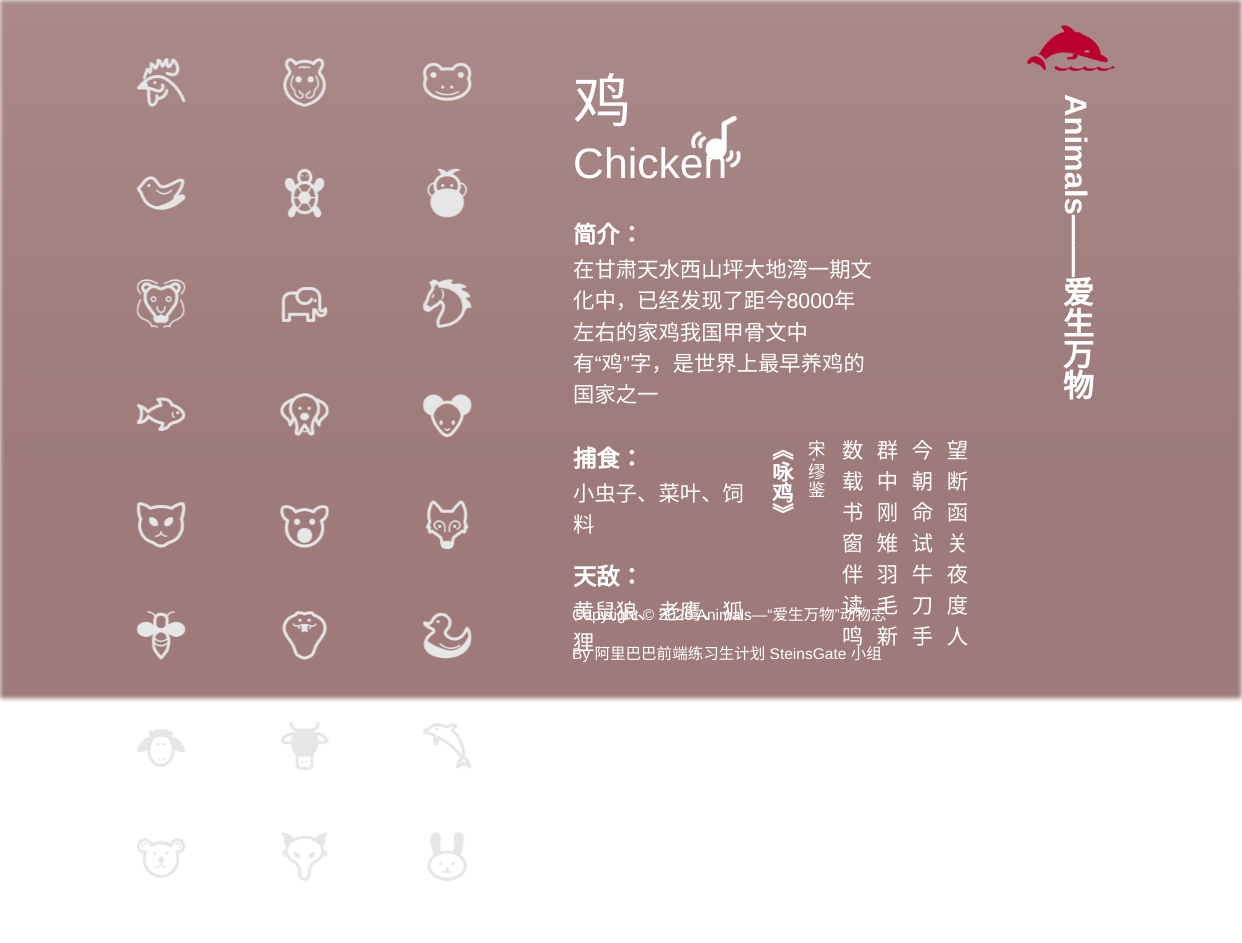
Repository: Whiskeyi/Animals
Page: /
These files come from the project's save history. The page is drawn as it stood at one moment and after the next save; the edit follows.
The browser window is 1280 px wide. The pictures show the whole page, at 97% of full size.
The project was rebuilt for these pictures with package versions that can differ from the ones it lists, and the page was loaded fresh each time.

Above is the page before, as saved 2021-11-17 22:53:56.

### public/index.html
<!DOCTYPE html>
<html lang="en">
  <head>
    <meta charset="utf-8">
    <meta http-equiv="X-UA-Compatible" content="IE=edge">
    <meta name="viewport" content="width=device-width,initial-scale=1.0">
    <link rel="icon" href="<%= BASE_URL %>favicon.ico">
    <title>Animals——爱生万物</title>
  </head>
  <body>
    <noscript>
      <strong>We're sorry but animals doesn't work properly without JavaScript enabled. Please enable it to continue.</strong>
    </noscript>
    <div id="app"></div>
    <!-- built files will be auto injected -->
  </body>
</html>

### src/main.js
import Vue from 'vue'
import App from './App.vue'
import router from './router'
import store from './store'
import './plugins/element.js' // 引入element-ui

Vue.config.productionTip = false

new Vue({
  router,
  store,
  render: h => h(App)
}).$mount('#app')

### src/App.vue
<template>
  <div id="app">
    <!-- 入口 -->
    <router-view/>
  </div>
</template>

<style lang="scss">
#app {
  font-family: 'Avenir', Helvetica, Arial, sans-serif;
  -webkit-font-smoothing: antialiased;
  -moz-osx-font-smoothing: grayscale;
}

html, body {  // 去除白边
    width: 100%;
    height: 100%;
    margin: 0;
    padding: 0;
    position: relative;
}

</style>

### src/router.js
// 路由
import Vue from 'vue'
import Router from 'vue-router'
import Home from './views/Home.vue'

Vue.use(Router)

export default new Router({
  mode: 'history',
  base: process.env.BASE_URL,
  routes: [
    {
      path: '/',
      name: 'home',
      component: Home
    }
  ]
})

### src/store.js
import Vue from 'vue'
import Vuex from 'vuex'

Vue.use(Vuex)

export default new Vuex.Store({
  state: {
    num: "",  // data.json数组号
    seconds: "8000" // 页面切换时间
  },
  mutations: {
    saveNum(state, num) {
      state.num = num
    }
  },
  actions: {

  }
})

### src/plugins/element.js
// 引入element-ui
import Vue from 'vue'

import ElementUI from 'element-ui';
import 'element-ui/lib/theme-chalk/index.css';

Vue.use(ElementUI);

### src/views/Home.vue
<template>
  <div class="home">
    <!-- 背景+光泽效果 -->
    <Gloss></Gloss>
    <!-- 页面容器 -->
    <div class="container">
      <!-- 左侧展示模块 -->
      <div id="leftContainer">
        <LeftMain></LeftMain>
      </div>
      <!-- 右侧展示模块 -->
      <div id="rightContainer">
        <!-- 输出信息 -->
          <Info></Info>
          <!-- 右侧标题 -->
          <RightHead></RightHead>
          <!-- 尾部 -->
          <Footer></Footer>
      </div>
    </div>
  </div>
</template>

<script>
// @ is an alias to /src
// 组件引入
import Gloss from '@/components/Gloss'
import Footer from '@/components/Footer'
import Info from '@/components/Info'
import RightHead from '@/components/right-head'
import LeftMain from '@/components/left-main'

export default {
  name: 'home',
  components: {
    Gloss,Footer,Info,RightHead,LeftMain
  }
}
</script>

<style lang="scss" scoped>
#leftContainer {
  position: absolute;
  left: 15%;
  width: 25%;
  height: 100%;
  margin: 0 auto;
}
#rightContainer {
  position: fixed;
  right: 10%;
  width: 50%;
  height: 100%;
  margin: 0 auto;
}
@media screen and (max-width: 1440px) { // 屏幕小于1440px样式
  #leftContainer {
  position: absolute;
  left: 8%;
  width: 33%;
  height: 100%;
  margin: 0 auto;
}
#rightContainer {
  position: fixed;
  right: 5%;
  width: 54%;
  height: 100%;
  margin: 0 auto;
}
}
</style>

### src/components/Gloss/index.vue
<template>
<!-- 实现光泽效果,丰富背景颜色 -->
<div id="bg" :style="{ backgroundColor : color }">
    <div id="gloss"></div>
</div>
</template>

<script>
const animalsData = require('@/data/Animals.json')
import store from '../../store'

export default {
    data() {
        return {
            color: 'rgb(158, 122, 122)'
        }
    },
    mounted() {
        this.changeColor()
        // window.console.log(animalsData.AnimalsDetail[0].color)
    },
    methods: {
        changeColor() {
            setInterval(function() {
                // let arrColor = ["#FC9F4D", "#E98B2A", "#90B44B", "#4D5139", "#1C1C1C", "#4F4F48",
                //                 "#FF5E99", "#828282", "#52433D", "#947A6D", "#080808", "#0C0C0C",
                //                 "#434343", "#B19693", "#434343", "#EFBB24", "#90B44B", "#373C38",
                //                 "#BDC0BA", "#BDC0BA", "#BDC0BA", "#434343","#BDC0BA", "#BDC0BA"]
                let num = Math.floor(Math.random() * animalsData.AnimalsDetail.length)
                store.commit('saveNum',num)
                document.getElementById('bg').style.backgroundColor = animalsData.AnimalsDetail[num].color
                // this.color = color
            }, store.state.seconds);
        }
    }
}
</script>

<style lang="scss" scoped>
#gloss {
    position: fixed;
    width: 100%;
    height: 478px;
    background: url('../../assets/gloss.png') repeat-x;
    // z-index: -8;  //暂时注释,影响调试
}
#bg {
  height: 100%;
  width: 100%;
  position: fixed;
  transition: background-color 2s ease-in; // 背景颜色切换2S过渡
  filter: blur(2px); // 背景高斯模糊
  // z-index: -9; //暂时注释,影响调试
}
</style>

### src/components/Footer/index.vue
<template>
  <div class="footerContainer">
      <p>Copyright © 2020 Animals—“爱生万物”动物志</p>
      <p>By 阿里巴巴前端练习生计划 SteinsGate 小组</p>
  </div>
</template>

<script>
export default {

}
</script>

<style lang="scss" scoped>
.footerContainer {
    position: fixed;
    bottom: 0;
    font-size: 1rem;
    color:#fff;
    margin:0 0 20px 65px;
}
</style>

### src/components/Info/index.vue
<template>
  <div class="infoContainer">
    <div class="infPadding">
      <!-- 标题、声音icon -->
    <Introduce></Introduce>
    <!-- 简介 -->
    <IntroduceMid></IntroduceMid>
    <!-- 捕食、诗 -->
    <HabbitPoem></HabbitPoem>
    </div>
  </div>
</template>

<script>
import Introduce from './Introduce'
import HabbitPoem from './habbit-poem'
import IntroduceMid from './introduce-mid'
export default {
  name: 'Info',
  components: {
    Introduce, HabbitPoem, IntroduceMid
  }
}
</script>

<style lang="scss" scoped>
.infoContainer {
    float: left;
    z-index: 10000;
    width: 82%;
    height: 80%;
    margin: 26px 0 0 16px;
    padding: 15px 0px;
    color:#fff;
}
.infPadding {
  padding: 0 0 0 50px;
}
.infoContainer logo {
    position: absolute;
}
@media screen and (max-width: 1440px) { // 屏幕小于1440px样式
  .infoContainer {
    float: left;
    z-index: 10000;
    width: 75%;
    height: 80%;
    margin: 26px 0 0 16px;
}
}
</style>

### src/components/right-head/index.vue
<template>
  <div class="rightHeadContainer">
      <el-image class="logo" alt="logo" :src="require('@/icons/index.png')"></el-image>
      <h1 class="vertical">Animals——爱生万物</h1>
  </div>
</template>

<script>
export default {

}
</script>

<style lang="scss" scoped>
.rightHeadContainer {
    float: left;
    height: 400px;
    width: 100px;
    margin: 26px 0 0 16px;
}
.vertical {
    writing-mode: vertical-lr;
    padding-left: 5px;
    color: #fff;
}
.logo {
    width: 90px;
    padding-bottom: 20px;
}
@media screen and (max-width: 1440px) { // 屏幕小于1440px样式
    .rightHeadContainer {
        float: left;
        height: 400px;
        width:85px;
        margin: 26px 0 0 0;
    }
    .vertical {
        writing-mode: vertical-lr;
        padding-right: 0;
        color: #fff;
    }
}
</style>

### src/components/left-main/index.vue
<template>
  <div class="leftContainer">
    <el-row :gutter="20" type="flex" justify="center" v-for="AnimalsDetail in data" :key="AnimalsDetail.enName">
      <el-col :span="8">
        <el-image class="logo" alt="logo" :src="require('@/icons/animals/chicken.png')"></el-image>
      </el-col>
      <el-col :span="8">
        <el-image class="logo" alt="logo" :src="require('@/icons/animals/tiger.png')"></el-image>
      </el-col>
      <el-col :span="8">
        <el-image class="logo" alt="logo" :src="require('@/icons/animals/frog.png')"></el-image>
      </el-col>
    </el-row>
     <el-row :gutter="20" type="flex" justify="center" v-for="AnimalsDetail in data" :key="AnimalsDetail.enName">
      <el-col :span="8">
        <el-image class="logo" alt="logo" :src="require('@/icons/animals/bird.png')"></el-image>
      </el-col>
      <el-col :span="8">
        <el-image class="logo" alt="logo" :src="require('@/icons/animals/turtle.png')"></el-image>
      </el-col>
      <el-col :span="8">
        <el-image class="logo" alt="logo" :src="require('@/icons/animals/monkey.png')"></el-image>
      </el-col>
    </el-row>
     <el-row :gutter="20" type="flex" justify="center" v-for="AnimalsDetail in data" :key="AnimalsDetail.enName">
      <el-col :span="8">
        <el-image class="logo" alt="logo" :src="require('@/icons/animals/lion.png')"></el-image>
      </el-col>
      <el-col :span="8">
        <el-image class="logo" alt="logo" :src="require('@/icons/animals/elephant.png')"></el-image>
      </el-col>
      <el-col :span="8">
        <el-image class="logo" alt="logo" :src="require('@/icons/animals/horse.png')"></el-image>
      </el-col>
    </el-row>
     <el-row :gutter="20" type="flex" justify="center" v-for="AnimalsDetail in data" :key="AnimalsDetail.enName">
      <el-col :span="8">
        <el-image class="logo" alt="logo" :src="require('@/icons/animals/fish.png')"></el-image>
      </el-col>
      <el-col :span="8">
        <el-image class="logo" alt="logo" :src="require('@/icons/animals/dog.png')"></el-image>
      </el-col>
      <el-col :span="8">
        <el-image class="logo" alt="logo" :src="require('@/icons/animals/mouse.png')"></el-image>
      </el-col>
    </el-row>
     <el-row :gutter="20" type="flex" justify="center" v-for="AnimalsDetail in data" :key="AnimalsDetail.enName">
      <el-col :span="8">
        <el-image class="logo" alt="logo" :src="require('@/icons/animals/cat.png')"></el-image>
      </el-col>
      <el-col :span="8">
        <el-image class="logo" alt="logo" :src="require('@/icons/animals/pig.png')"></el-image>
      </el-col>
      <el-col :span="8">
        <el-image class="logo" alt="logo" :src="require('@/icons/animals/wolf.png')"></el-image>
      </el-col>
    </el-row>
     <el-row :gutter="20" type="flex" justify="center" v-for="AnimalsDetail in data" :key="AnimalsDetail.enName">
      <el-col :span="8">
        <el-image class="logo" alt="logo" :src="require('@/icons/animals/bee.png')"></el-image>
      </el-col>
      <el-col :span="8">
        <el-image class="logo" alt="logo" :src="require('@/icons/animals/snake.png')"></el-image>
      </el-col>
      <el-col :span="8">
        <el-image class="logo" alt="logo" :src="require('@/icons/animals/duck.png')"></el-image>
      </el-col>
    </el-row>
     <el-row :gutter="20" type="flex" justify="center" v-for="AnimalsDetail in data" :key="AnimalsDetail.enName">
      <el-col :span="8">
        <el-image class="logo" alt="logo" :src="require('@/icons/animals/sheep.png')"></el-image>
      </el-col>
      <el-col :span="8">
        <el-image class="logo" alt="logo" :src="require('@/icons/animals/cow.png')"></el-image>
      </el-col>
      <el-col :span="8">
        <el-image class="logo" alt="logo" :src="require('@/icons/animals/dolphin.png')"></el-image>
      </el-col>
    </el-row>
     <el-row :gutter="20" type="flex" justify="center" v-for="AnimalsDetail in data" :key="AnimalsDetail.enName">
      <el-col :span="8">
        <el-image class="logo" alt="logo" :src="require('@/icons/animals/bear.png')"></el-image>
      </el-col>
      <el-col :span="8">
        <el-image class="logo" alt="logo" :src="require('@/icons/animals/fox.png')"></el-image>
      </el-col>
      <el-col :span="8">
        <el-image class="logo" alt="logo" :src="require('@/icons/animals/rabbit.png')"></el-image>
      </el-col>
    </el-row>
  </div>
</template>

<script>
import data from '@/data/Animals.json'
export default {
  data() {
    return {
      data
    }
  }
}
</script>

<style lang="scss" scoped>
.leftContainer {
  padding: 30px 0;
  width: 100%;
  text-align: center;
}
.leftContainer .logo {
  width: 80px;
  height: 80px;
  padding: 40px 0;
}
 @media screen and (max-width: 1440px) { // 屏幕小于1440px样式
  .leftContainer .logo {
    height: 50px;
    width: 50px;
    padding: 30px 0;
  }
 }
</style>

### src/components/Info/Introduce/index.vue
<template>
  <div class="introduce">
      <el-row class="intContainer">
          <el-col :span="6">
              <transition name="fade">
                <div id="title">{{ name }}</div>
              </transition>
              <transition name="fade">
                <div id="subTitle">{{ enName }}</div>
              </transition>
          </el-col>
          <el-col :span="10">
              <el-image class="logo" alt="logo" :src="require('@/icons/voice.png')"></el-image>
          </el-col>
      </el-row>
  </div>
</template>

<script>
const animalsData = require('@/data/Animals.json')
import store from '../../../store'
export default {
    data() {
        return {
            name: '鸡',
            enName: 'Chicken'
        }
    },
    mounted() {
        this.changeInfo()
        // window.console.log(store.state.num)
    },
    methods: {
          changeInfo() {
            setInterval(function() {
                this.name = animalsData.AnimalsDetail[store.state.num].name
                document.getElementById('title').innerHTML = this.name
                // window.console.log(this.name)
                this.enName = animalsData.AnimalsDetail[store.state.num].enName
                document.getElementById('subTitle').innerHTML = this.enName
                // window.console.log(this.enName)
            }, store.state.seconds);
        }
    }
}
</script>

<style lang="scss" scoped>
.introduce {
    // background-color: wheat;;
    height: 30%;
    width: 100%;
}
.intContainer {
    padding: 15px 0;
}
#title {
    font-size: 60px;
    display: block;
}
#subTitle {
    font-size: 44px;
    display: block;
}
.logo {
    padding-top: 60px;
    height: 60px;
    width: 60px;
}
fade-enter {
    opacity: 0;
}
fade-enter-to {
    opacity: 1;
}
.fade-enter-active, .fade-leave-active {
  transition: all 2.5s ease;
}
</style>

### src/components/Info/habbit-poem/index.vue
<template>
  <div class="habPoem">
       <el-row class="habContainer">
           <el-col class="habContent" :span="10">
              <div class="habTil">捕食：</div>
              <span id="food" class="foodTitle">{{ food }}</span><br>
              <div class="habTil">天敌：</div>
              <span id="enemy" class="enemyTitle">{{ enemy }}</span>
            </el-col>
           <el-col class="poem" :span="8">
                <!-- <div id="content4" class="content">{{ content4 }}</div>
                <div id="content3" class="content">{{ content3 }}</div>
                <div id="content2" class="content">{{ content2 }}</div>
                <div id="content1" class="content">{{ content1 }}</div>
                <div id="author">{{ author }}</div>
                <div id="poemTitle">{{ title }}</div> -->
                <div id="poemTitle">{{ title }}</div>
                <div id="author">{{ author }}</div>
                <div id="content1" class="content">{{ content1 }}</div>
                <div id="content2" class="content">{{ content2 }}</div>
                <div id="content3" class="content">{{ content3 }}</div>
                <div id="content4" class="content">{{ content4 }}</div>
            </el-col>
      </el-row>
  </div>
</template>

<script>
const animalsData = require('@/data/Animals.json')
import store from '../../../store'
export default {
     data() {
        return {
            title: '《咏鸡》',
            author: '宋·缪鉴',
            content1: '数载书窗伴读鸣',
            content2: '群中刚雉羽毛新',
            content3: '今朝命试牛刀手',
            content4: '望断函关夜度人',
            food: '小虫子、菜叶、饲料',
            enemy: '黄鼠狼、老鹰、狐狸'
        }
    },
    mounted() {
        this.changeInfo()
        // window.console.log(store.state.num)
    },
    methods: {
          changeInfo() {
            setInterval(function() {
                this.title = animalsData.AnimalsDetail[store.state.num].poetryName
                document.getElementById('poemTitle').innerHTML = this.title

                this.author = animalsData.AnimalsDetail[store.state.num].poetryAuthor
                document.getElementById('author').innerHTML = this.author

                this.content1 = animalsData.AnimalsDetail[store.state.num].poetryContent1
                document.getElementById('content1').innerHTML = this.content1

                this.content2 = animalsData.AnimalsDetail[store.state.num].poetryContent2
                document.getElementById('content2').innerHTML = this.content2

                this.content3 = animalsData.AnimalsDetail[store.state.num].poetryContent3
                document.getElementById('content3').innerHTML = this.content3

                this.content4 = animalsData.AnimalsDetail[store.state.num].poetryContent4
                document.getElementById('content3').innerHTML = this.content4

                this.food = animalsData.AnimalsDetail[store.state.num].food
                document.getElementById('food').innerHTML = this.food

                this.enemy = animalsData.AnimalsDetail[store.state.num].enemy
                document.getElementById('enemy').innerHTML = this.enemy
            }, store.state.seconds);
        }
    }
}
</script>

<style lang="scss" scoped>
.habPoem {
    // background-color: rgb(252, 94, 94);
    height: 30%;
}
.habContent .habTil {
    font-size: 24px;
    font-weight: bold;
    line-height: 40px;
}
.poem {
    // writing-mode: vertical-lr;
    font-size: 22px;
    line-height: 36px;
    #poemTitle {
        font-weight: bold;
    }
    #author {
        font-size: 18px;
    }
    .content {
        // letter-spacing: 15px;
    }
}
.habContainer {
    padding: 15px 0;
}
.habContent span {
    font-size: 22px;
    line-height: 32px;
    display: block;
}
@media screen and (max-width: 1440px) { // 屏幕小于1440px样式
    .poem {
        writing-mode: vertical-lr;
        font-size: 22px;
        #poemTitle {
            font-weight: bold;
        }
        .content {
            letter-spacing: 10px;
        }
    }
}
</style>

### src/components/Info/introduce-mid/index.vue
<template>
    <div class="fooMid">
        <el-row class="botContainer">
            <el-col :sm="16" :md="16" :lg="16">
                <div class="IntTitle">简介：</div>
                <div id="IntContent">{{ IntContent }}</div>
            </el-col>
        </el-row>
    </div>
</template>

<script>
const animalsData = require('@/data/Animals.json')
import store from '../../../store'
export default {
    data() {
        return {
            activeNames: ['1'],
            IntContent: '在甘肃天水西山坪大地湾一期文化中，已经发现了距今8000年左右的家鸡我国甲骨文中有“鸡”字，是世界上最早养鸡的国家之一'
        }
    },
    mounted() {
        this.changeInfo()
        // window.console.log(store.state.num)
    },
    methods: {
          changeInfo() {
            setInterval(function() {
                this.IntContent = animalsData.AnimalsDetail[store.state.num].content
                document.getElementById('IntContent').innerHTML = this.IntContent
                // window.console.log(this.content)
            }, store.state.seconds);
        }
    }
}
</script>

<style lang="scss" scoped>
.fooMid {
    // background-color: rgb(253, 128, 128);
    height: 50%;
    width: 100%;
}
.botContainer {
    padding: 15px 0;
}
.IntTitle {
    font-size: 24px;
    font-weight: bold;
    line-height: 40px;
}
#IntContent {
    font-size: 22px;
    line-height: 32px;
    display: block;
}
@media screen and (max-width: 1440px) { // 屏幕小于1440px样式
    #IntContent {
        font-size: 22px;
        line-height: 32px;
        display: block;
    }
}
</style>

Loaded but not shown: src/data/Animals.json (399 lines, source omitted)

After the next save:
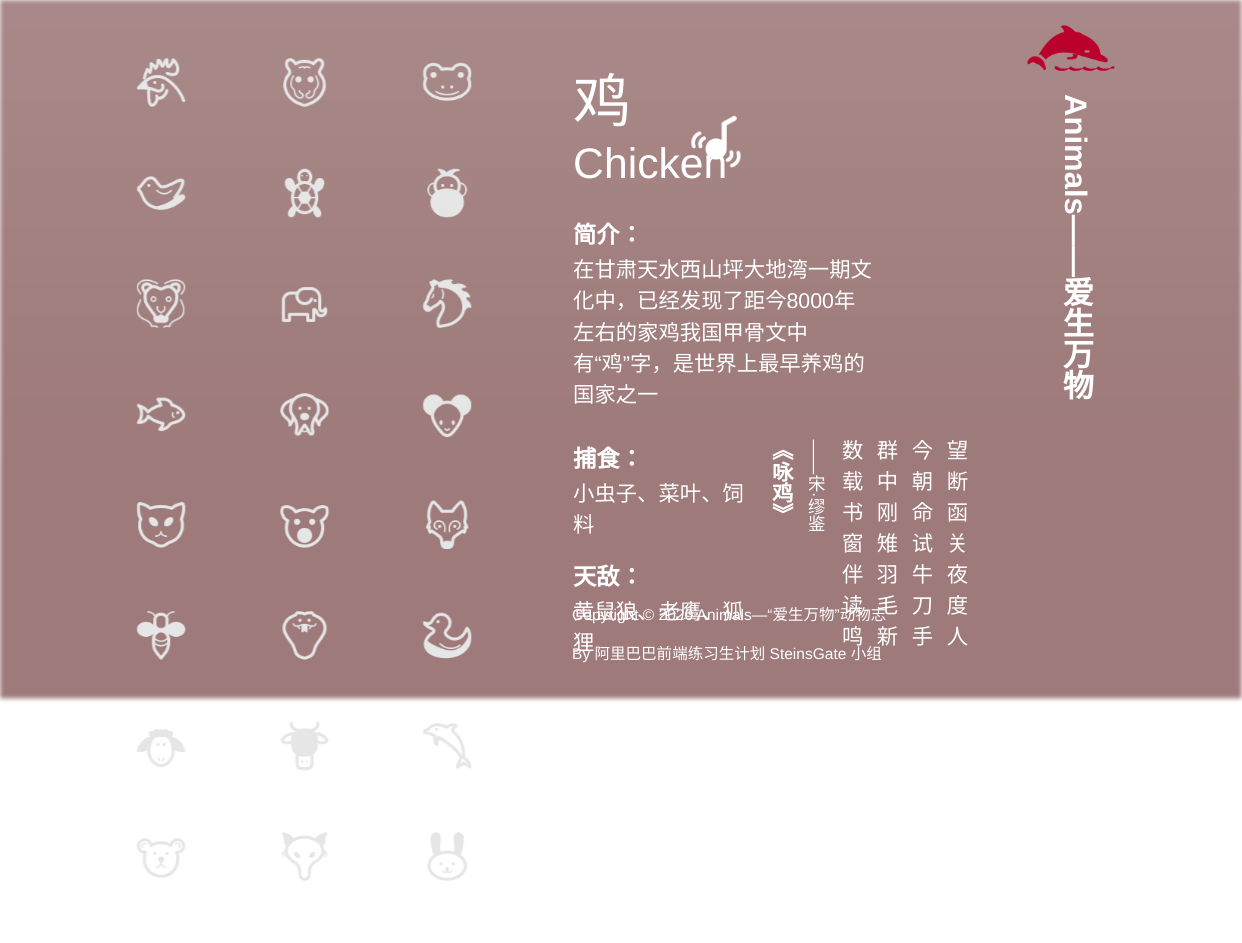
Saved 13 s later.
--- a/src/components/Info/habbit-poem/index.vue
+++ b/src/components/Info/habbit-poem/index.vue
@@ -15,7 +15,7 @@
                 <div id="author">{{ author }}</div>
                 <div id="poemTitle">{{ title }}</div> -->
                 <div id="poemTitle">{{ title }}</div>
-                <div id="author">{{ author }}</div>
+                <div id="author">{{ "——"+author }}</div>
                 <div id="content1" class="content">{{ content1 }}</div>
                 <div id="content2" class="content">{{ content2 }}</div>
                 <div id="content3" class="content">{{ content3 }}</div>
